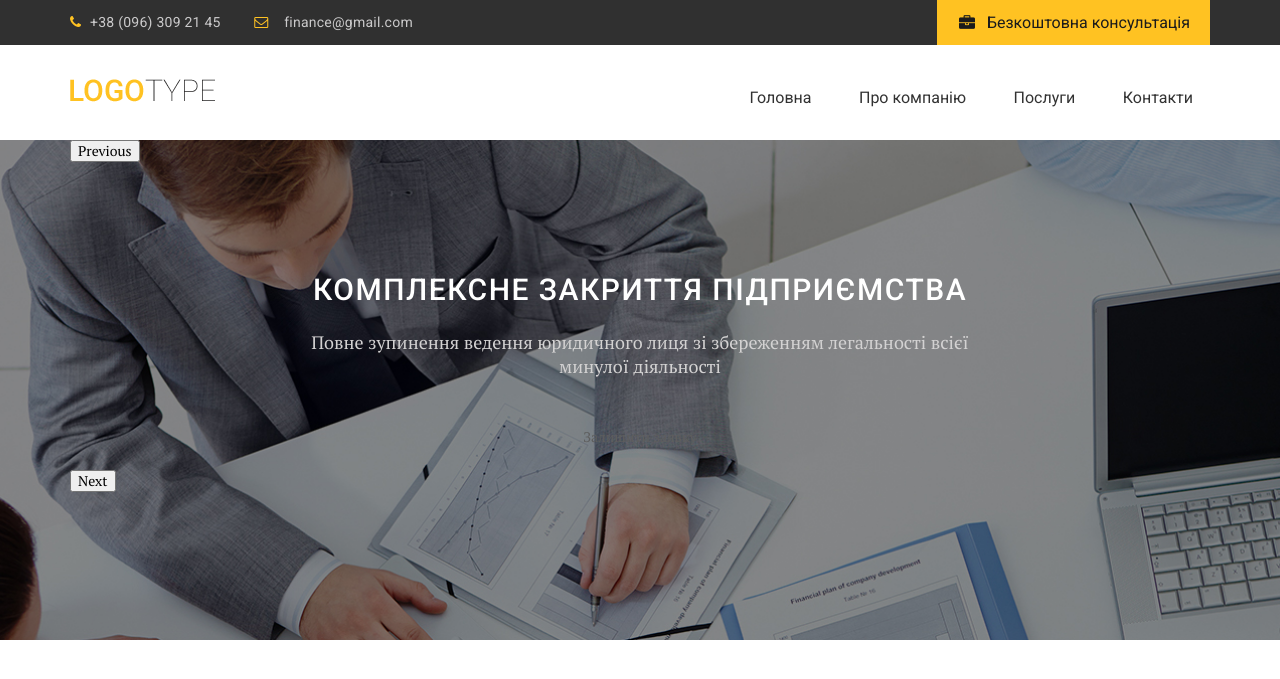
Repository: oliachipko/companysait
Page: index.html
An editor plug-in stored every save of this project. The page is shown before and after the next save, followed by the edit.
The browser window is 1280 px wide. The pictures show the whole page.

Above is the page before, as saved 2020-11-17 20:01:34.

After the next save:
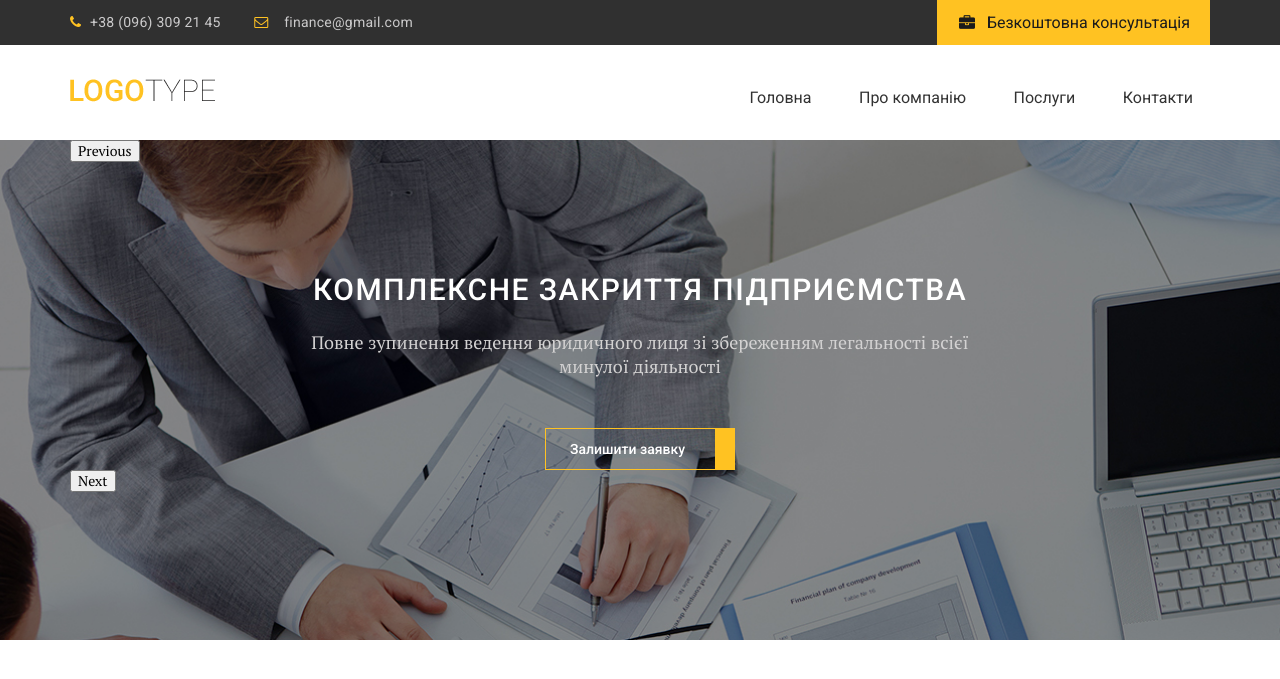
Saved 5 min 34 s later.
--- a/index.html
+++ b/index.html
@@ -57,9 +57,9 @@
               Повне зупинення ведення юридичного лиця
                зі збереженням легальності всієї минулої діяльності
             </div>
-            <div class="slider__btn">
+            <a data-fancybox data-src="#modal" href="javascript:;" class="slider__btn default-btn">
               Залишити заявку
-            </div>
+            </a>
           </div>
         </div>
 
@@ -72,9 +72,9 @@
             Повне зупинення ведення юридичного лиця
              зі збереженням легальності всієї минулої діяльності
           </div>
-          <div class="slider__btn">
+            <a data-fancybox data-src="#modal" href="javascript:;" class="slider__btn default-btn">
             Залишити заявку
-          </div>
+            </a>
         </div>
       </div>
 
